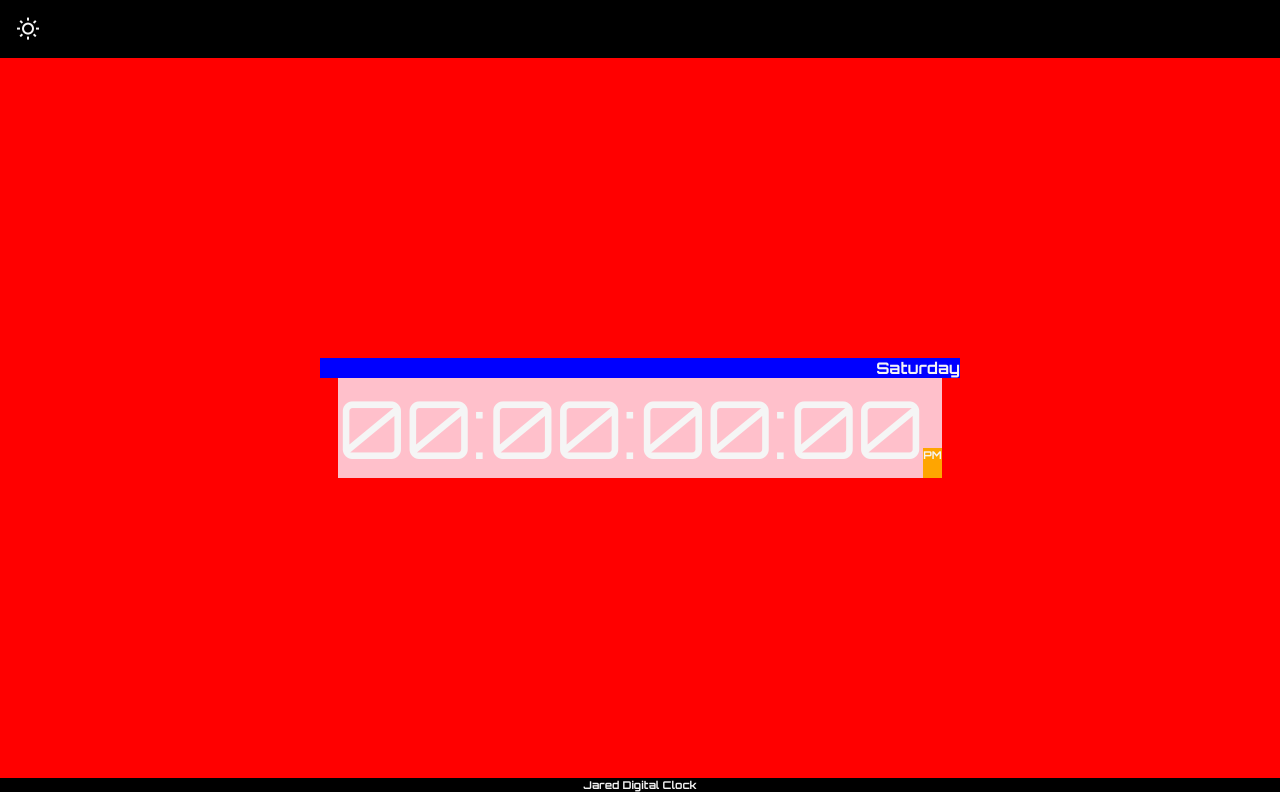
Repository: EguJaredoBoyd/Jared-Digital-Clock
Page: index.html
The author's editor kept a copy of each file at every save. The page is drawn from the files as they stood at one save, then again after the next save.
The browser window is 1280 px wide. The pictures show the whole page.
Some web libraries are served in a nearby version.

Above is the page before, as saved 2026-01-04 00:05:21.

### index.html
<!DOCTYPE html>
<html lang="en">
  <head>
    <meta charset="UTF-8" />
    <meta name="viewport" content="width=device-width, initial-scale=1.0" />
    <link rel="stylesheet" href="./css/styles.css" />
    <link
      href="https://cdn.jsdelivr.net/npm/remixicon@4.8.0/fonts/remixicon.css"
      rel="stylesheet"
    />
    <link rel="preconnect" href="https://fonts.googleapis.com" />
    <link rel="preconnect" href="https://fonts.gstatic.com" crossorigin />
    <link
      href="https://fonts.googleapis.com/css2?family=Orbitron:wght@400..900&display=swap"
      rel="stylesheet"
    />
    <title>Document</title>
  </head>
  <body>
    <div class="digital-clock">
      <header>
        <button><i class="ri-sun-line"></i></button>
      </header>

      <main>
        <div class="watch-container">
          <div class="watch-container__day">
            <h4>Saturday</h4>
          </div>
          <div class="watch-container__time">
            <p>00:00:00:00</p>
            <h6>PM</h6>
          </div>
        </div>
      </main>

      <footer>
        <h6>Jared Digital Clock</h6>
      </footer>
    </div>
  </body>
</html>

### css/styles.css
* {
  margin: 0;
  padding: 0;
}

html {
  font-size: 16px;
}

body {
  background-color: black;
  color: whitesmoke;
  font-family: "Orbitron", sans-serif;
}

header {
  padding: 1rem;
}

header button {
  background: none;
  border: none;
}

header button i {
  font-size: 1.5rem;
  color: whitesmoke;
}

.watch-container {
  background-color: red;
  display: flex;
  flex-direction: column;
  justify-content: center;
  align-items: center;
  height: 100vh;
  width: 100vw;
}

.watch-container__day {
  background-color: blue;
  width: 50vw;
  display: flex;
  justify-content: end;
}

.watch-container__time {
  background-color: pink;
  display: flex;
  font-family: orbitron;
}

.watch-container__time p {
  font-size: 5rem;
}

.watch-container__time h6 {
  background-color: orange;
  align-self: self-end;
  padding-bottom: 1rem;
}

footer h6 {
  text-align: center;
}

After the next save:
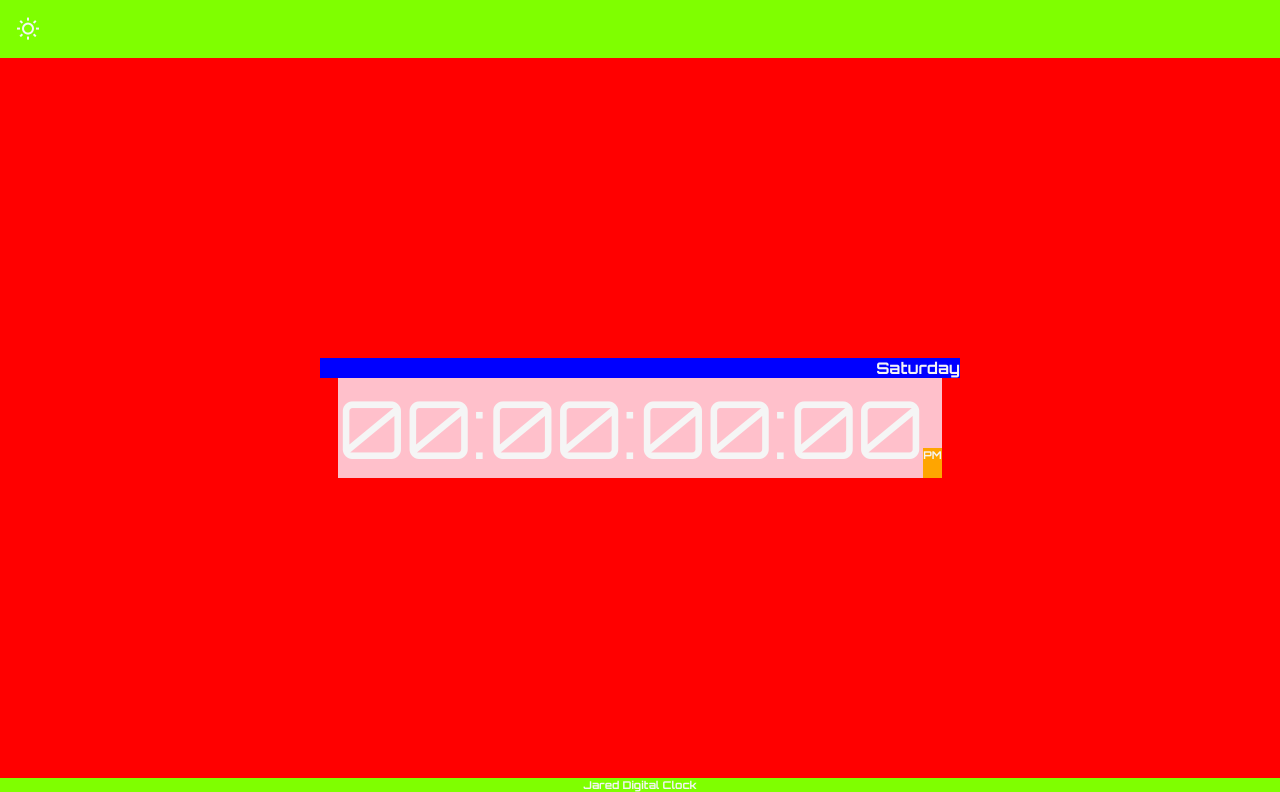
Saved 41 s later.
--- a/css/styles.css
+++ b/css/styles.css
@@ -25,6 +25,10 @@ header button {
 header button i {
   font-size: 1.5rem;
   color: whitesmoke;
+}
+
+.digital-clock {
+  background-color: chartreuse;
 }
 
 .watch-container {
